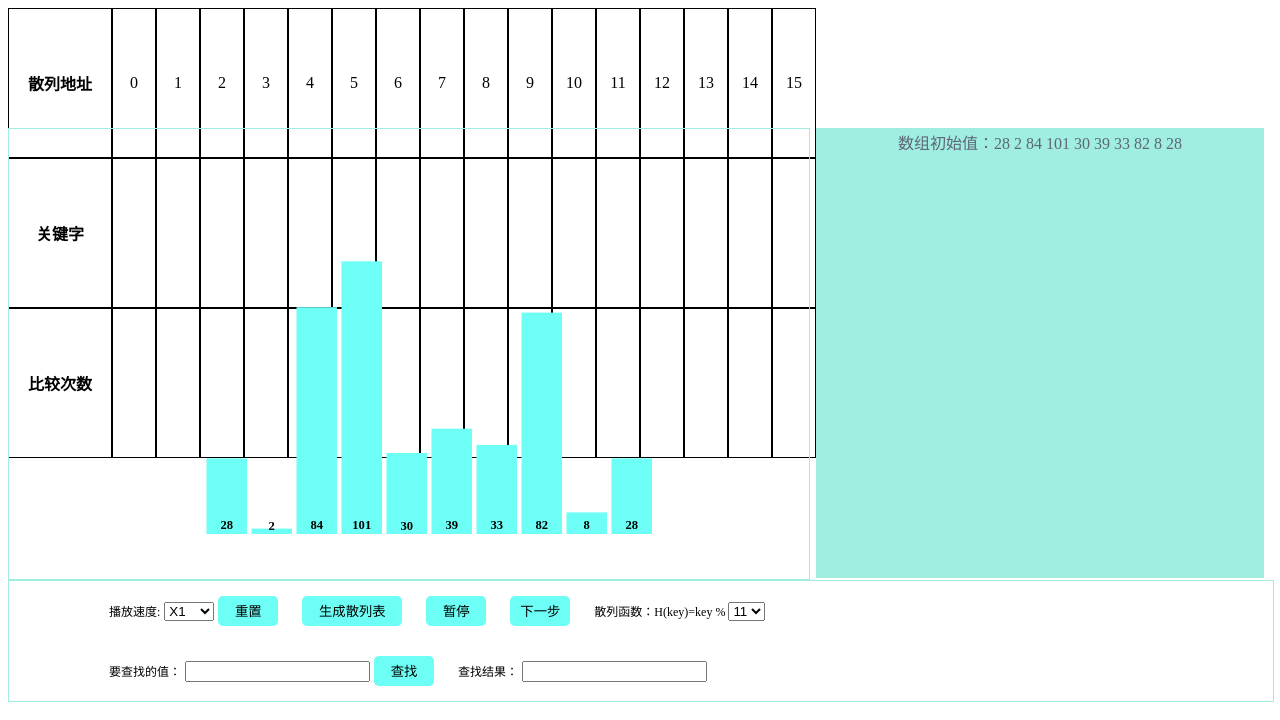
Repository: aaa615/Visualization-of-data-structure-algorithms
Page: dataStructure/WebContent/animation/search/hashSearch/hashSearch.html
These files come from the project's save history. The page is drawn as it stood at one moment and after the next save; the edit follows.
The browser window is 1280 px wide. The pictures show the whole page.

Above is the page before, as saved 2021-05-20 04:34:57.

After the next save:
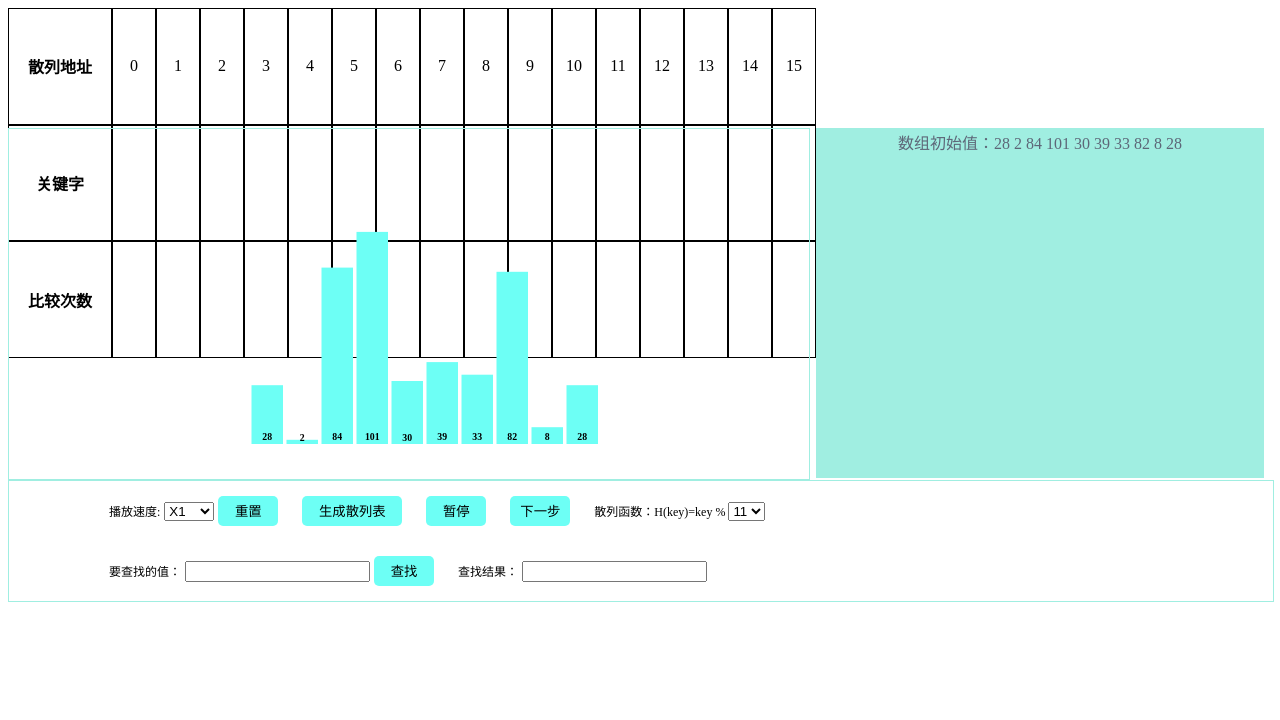
Saved 62 s later.
--- a/dataStructure/WebContent/animation/search/hashSearch/hashSearch.css
+++ b/dataStructure/WebContent/animation/search/hashSearch/hashSearch.css
@@ -21,7 +21,7 @@ td{
 	position:absolute;
 	top:120px;
     width: 800px;
-    height: 450px;
+    height: 350px;
     border: 1px solid rgba(160,238,225,1);
     font: bold 14px "Microsoft YaHei UI";
     text-align: center;
@@ -32,7 +32,7 @@ td{
 	position:relative;
 	top:120px;
     width: calc(100% - 800px - 1rem);
-    height: 450px;
+    height: 350px;
     overflow: auto;
     background-color: rgba(160,238,225,1);
     text-align: center;
@@ -52,7 +52,7 @@ td{
 
 #player_div{
 	position: absolute;
-    top: 580px;
+    top: 480px;
     width: calc(100% - 100px - 1rem);
     height: 120px;
     border: 1px solid rgba(160,238,225,1);
